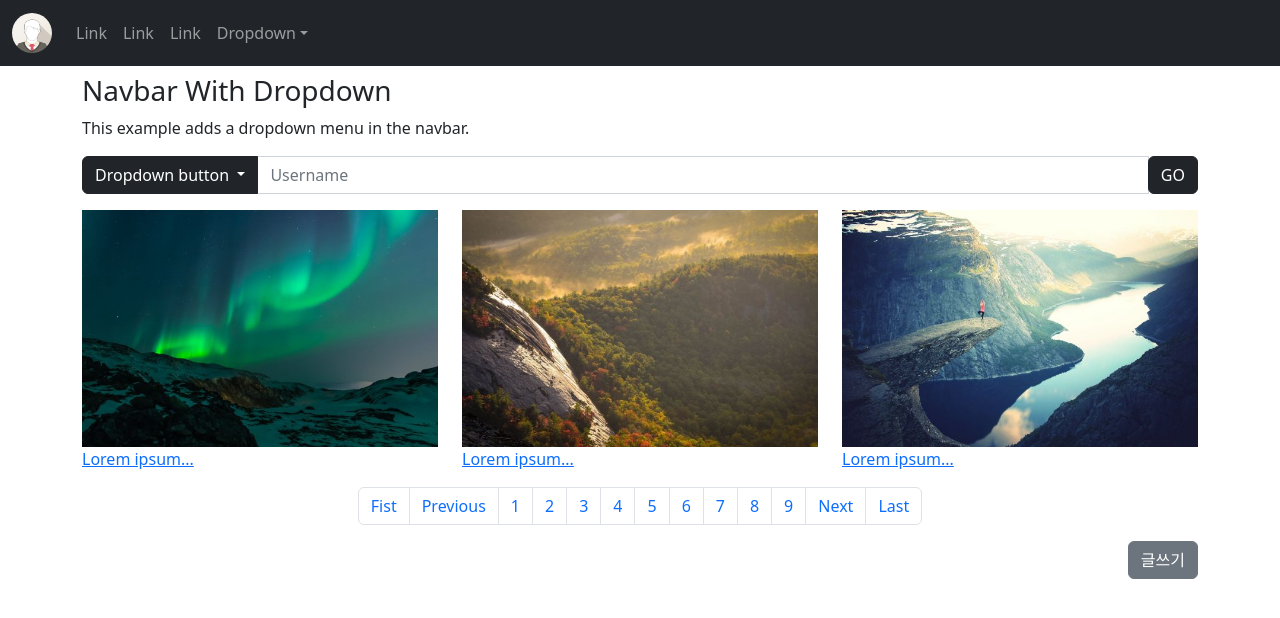
Repository: seoyeon0619/WebProgramming
Page: workspace1/myhome2/src/main/webapp/디자인/gallary.html
These files come from the project's save history. The page is drawn as it stood at one moment and after the next save; the edit follows.
The browser window is 1280 px wide. The pictures show the whole page.

Above is the page before, as saved 2022-12-30 02:31:58.

### workspace1/myhome2/src/main/webapp/디자인/gallary.html
<!DOCTYPE html>
<html lang="en">
<head>
  <title>Bootstrap Example</title>
  <meta charset="utf-8">
  <meta name="viewport" content="width=device-width, initial-scale=1">
  <link href="https://cdn.jsdelivr.net/npm/bootstrap@5.2.3/dist/css/bootstrap.min.css" rel="stylesheet">
  <script src="https://cdn.jsdelivr.net/npm/bootstrap@5.2.3/dist/js/bootstrap.bundle.min.js"></script>
</head>
<body>

<nav class="navbar navbar-expand-sm bg-dark navbar-dark">
  <div class="container-fluid">
   	<a class="navbar-brand" href="#">
      <img src="/myhome2/images/p.png" alt="Logo" style="width:40px;" class="rounded-pill">
    </a>

    <button class="navbar-toggler" type="button" data-bs-toggle="collapse" data-bs-target="#collapsibleNavbar">
      <span class="navbar-toggler-icon"></span>
    </button>

    <div class="collapse navbar-collapse" id="collapsibleNavbar">
      <ul class="navbar-nav">
        <li class="nav-item">
          <a class="nav-link" href="#">Link</a>
        </li>
        <li class="nav-item">
          <a class="nav-link" href="#">Link</a>
        </li>
        <li class="nav-item">
          <a class="nav-link" href="#">Link</a>
        </li>
        <li class="nav-item dropdown">
          <a class="nav-link dropdown-toggle" href="#" role="button" data-bs-toggle="dropdown">Dropdown</a>
          <ul class="dropdown-menu">
            <li><a class="dropdown-item" href="#">Link</a></li>
            <li><a class="dropdown-item" href="#">Another link</a></li>
            <li><a class="dropdown-item" href="#">A third link</a></li>
          </ul>
        </li>
      </ul>
    </div>
  </div>
</nav>

<div class="container">
	<h1> </h1>
  <h3>Navbar With Dropdown</h3>
  <p>This example adds a dropdown menu in the navbar.</p>

  <div class="input-group mt-3 mb-3">
    <button type="button" class="btn btn-dark dropdown-toggle" data-bs-toggle="dropdown">
      Dropdown button
    </button>
    <ul class="dropdown-menu">
      <li><a class="dropdown-item" href="#">Link 1</a></li>
      <li><a class="dropdown-item" href="#">Link 2</a></li>
      <li><a class="dropdown-item" href="#">Link 3</a></li>
    </ul>
    <input type="text" class="form-control" placeholder="Username">
    <div class="input-group-append">
    	<button class="btn btn-dark" type="button">GO</button>
    </div>
  </div>

   <div class="row">
  <div class="col-md-4">
    <div class="thumbnail">
      <a href="/myhome2/images/lights.jpg">
        <img src="/myhome2/images/lights.jpg" alt="Lights" style="width:100%">
        <div class="caption">
          <p>Lorem ipsum...</p>
        </div>
      </a>
    </div>
  </div>
  <div class="col-md-4">
    <div class="thumbnail">
      <a href="/myhome2/images/nature.jpg">
        <img src="/myhome2/images/nature.jpg" alt="Nature" style="width:100%">
        <div class="caption">
          <p>Lorem ipsum...</p>
        </div>
      </a>
    </div>
  </div>
  <div class="col-md-4">
    <div class="thumbnail">
      <a href="/myhome2/images/fjords.jpg">
        <img src="/myhome2/images/fjords.jpg" alt="Fjords" style="width:100%">
        <div class="caption">
          <p>Lorem ipsum...</p>
        </div>
      </a>
    </div>
  </div>
</div>

</div>

  <div class="container" style="text-align:center">
  <ul class="pagination justify-content-center">
    <li class="page-item"><a class="page-link" href="#">Fist</a></li>
    <li class="page-item"><a class="page-link" href="#">Previous</a></li>
    <li class="page-item"><a class="page-link" href="#">1</a></li>
    <li class="page-item"><a class="page-link" href="#">2</a></li>
    <li class="page-item"><a class="page-link" href="#">3</a></li>
    <li class="page-item"><a class="page-link" href="#">4</a></li>
    <li class="page-item"><a class="page-link" href="#">5</a></li>
    <li class="page-item"><a class="page-link" href="#">6</a></li>
    <li class="page-item"><a class="page-link" href="#">7</a></li>
    <li class="page-item"><a class="page-link" href="#">8</a></li>
    <li class="page-item"><a class="page-link" href="#">9</a></li>
    <li class="page-item"><a class="page-link" href="#">Next</a></li>
    <li class="page-item"><a class="page-link" href="#">Last</a></li>
  </ul>
 </div>

<div class="container" style="text-align:right">
	<button type="button" class="btn btn-secondary">글쓰기</button>
</div>
</body>
</html>

After the next save:
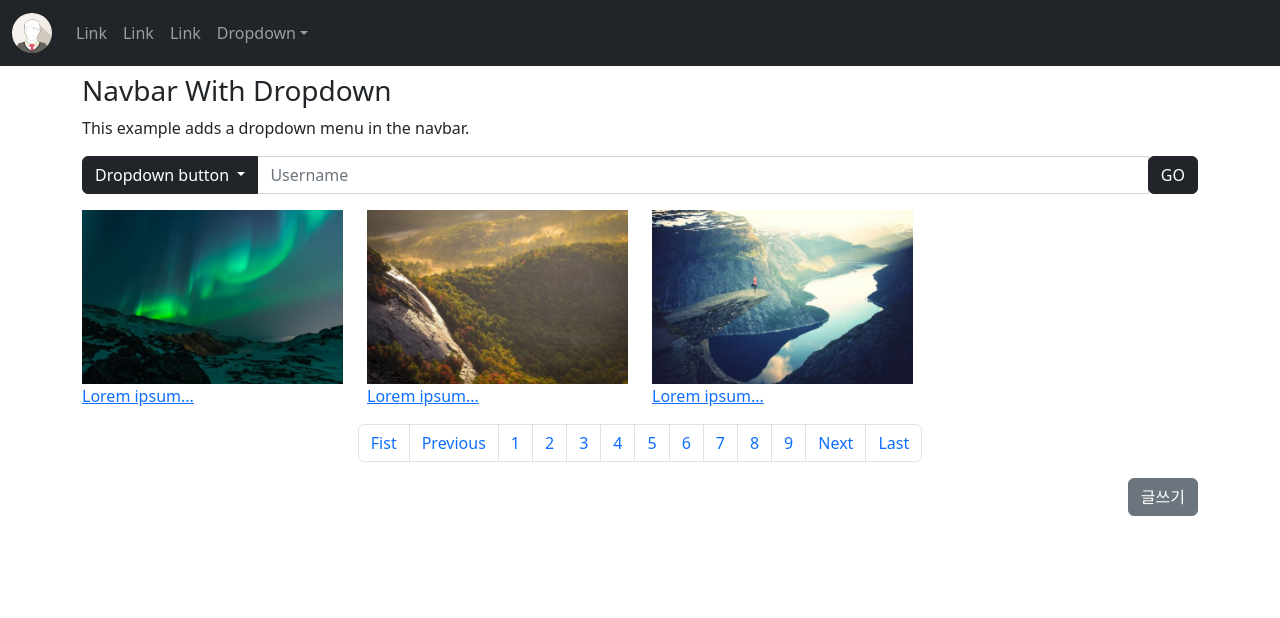
Saved 2 min 51 s later.
--- a/workspace1/myhome2/src/main/webapp/디자인/gallary.html
+++ b/workspace1/myhome2/src/main/webapp/디자인/gallary.html
@@ -64,7 +64,7 @@
   </div>
 
    <div class="row">
-  <div class="col-md-4">
+  <div class="col-sm-3">
     <div class="thumbnail">
       <a href="/myhome2/images/lights.jpg">
         <img src="/myhome2/images/lights.jpg" alt="Lights" style="width:100%">
@@ -74,7 +74,7 @@
       </a>
     </div>
   </div>
-  <div class="col-md-4">
+  <div class="col-sm-3">
     <div class="thumbnail">
       <a href="/myhome2/images/nature.jpg">
         <img src="/myhome2/images/nature.jpg" alt="Nature" style="width:100%">
@@ -84,7 +84,7 @@
       </a>
     </div>
   </div>
-  <div class="col-md-4">
+  <div class="col-sm-3">
     <div class="thumbnail">
       <a href="/myhome2/images/fjords.jpg">
         <img src="/myhome2/images/fjords.jpg" alt="Fjords" style="width:100%">
